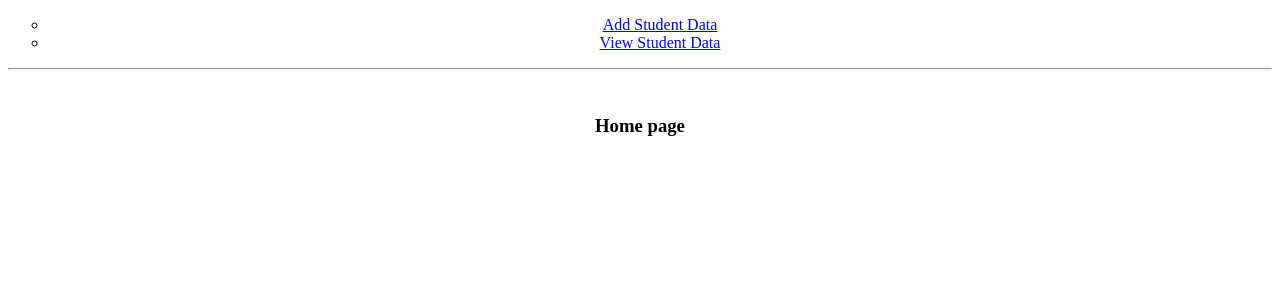
Repository: KrishMoradiya/Aixtor-Training-Projects-Backup
Page: http://localhost/CRUD_Student/index.jsp
The author's editor kept a copy of each file at every save. The page is drawn from the files as they stood at one save, then again after the next save.
The browser window is 1280 px wide. The pictures show the whole page.
The page is served by Tomcat 10. Nobody is signed in. The application's start-up code is not run.

Above is the page before, as saved 2023-12-21 12:33:32.

After the next save:
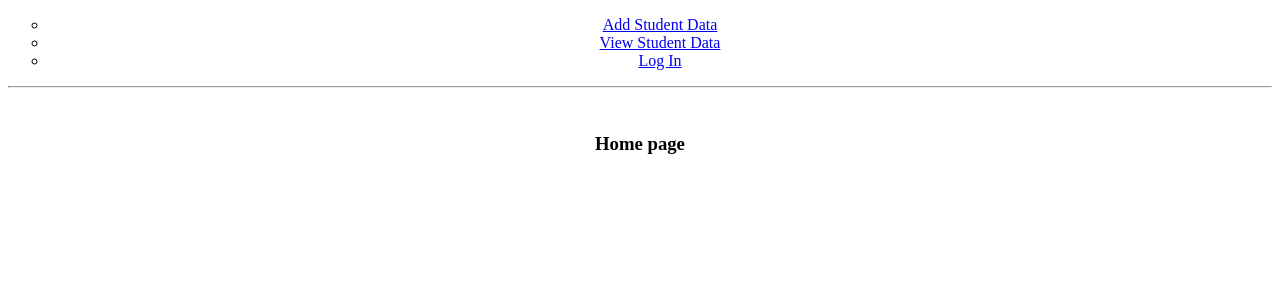
Saved 33 s later.
--- a/Workspace - Eclipse Enterprise Edition/CRUD_Student/src/main/webapp/header.jsp
+++ b/Workspace - Eclipse Enterprise Edition/CRUD_Student/src/main/webapp/header.jsp
@@ -18,6 +18,11 @@
 				<li><a href="/CRUD_Student/GetStudentData">Log Out</a></li>
 			<%
 				}
+				else{
+			%>
+				<li><a href="/CRUD_Student/GetStudentData">Log In</a></li>
+			<%
+				}
 			%>
 		</ul>
 		<hr><br>
